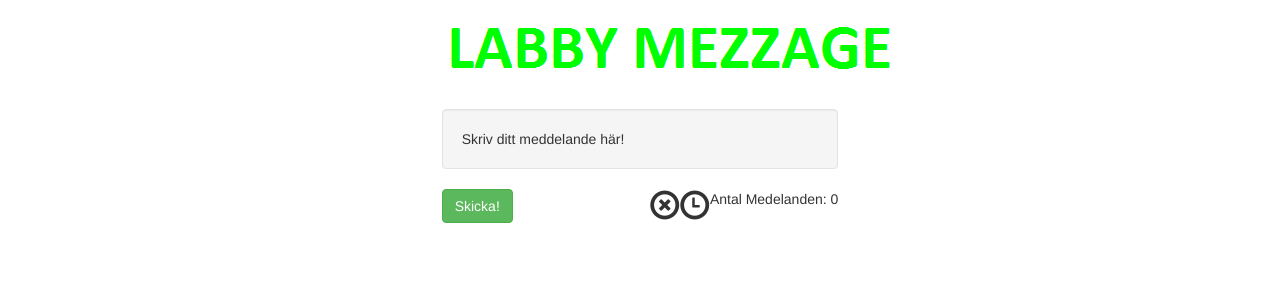
Repository: mc22dg/1dv403-laborationer
Page: 2-labbymezzage/index.html
The author's editor kept a record of every edit. The page is drawn from the files as they stood at one moment, then again after the next edit.
The browser window is 1280 px wide. The pictures show the whole page.

Above is the page before.
Console error (its wording comes from the project's code and is left out).

After the next edit:
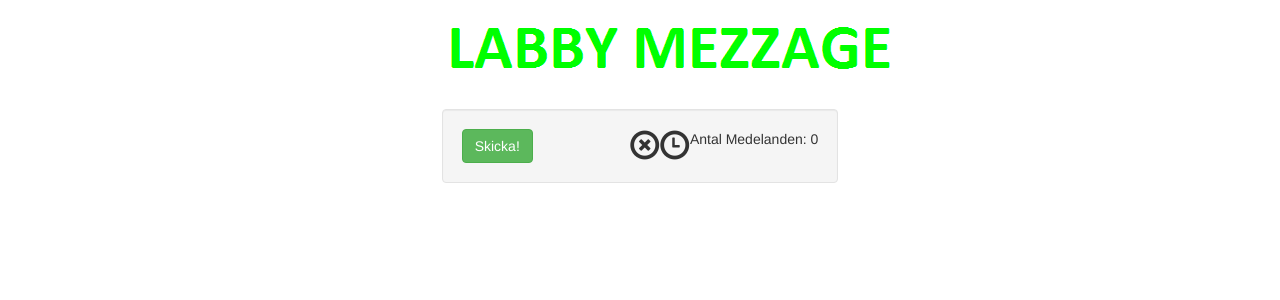
The edit:
--- a/2-labbymezzage/index.html
+++ b/2-labbymezzage/index.html
@@ -19,7 +19,7 @@
             <img src="logo.png" alt="">
     </div>
 
-    <div class="well">Skriv ditt meddelande här!</div>
+        <div class="well">
 
 
             <div id="numberOfMess">Antal Medelanden: 0</div>
